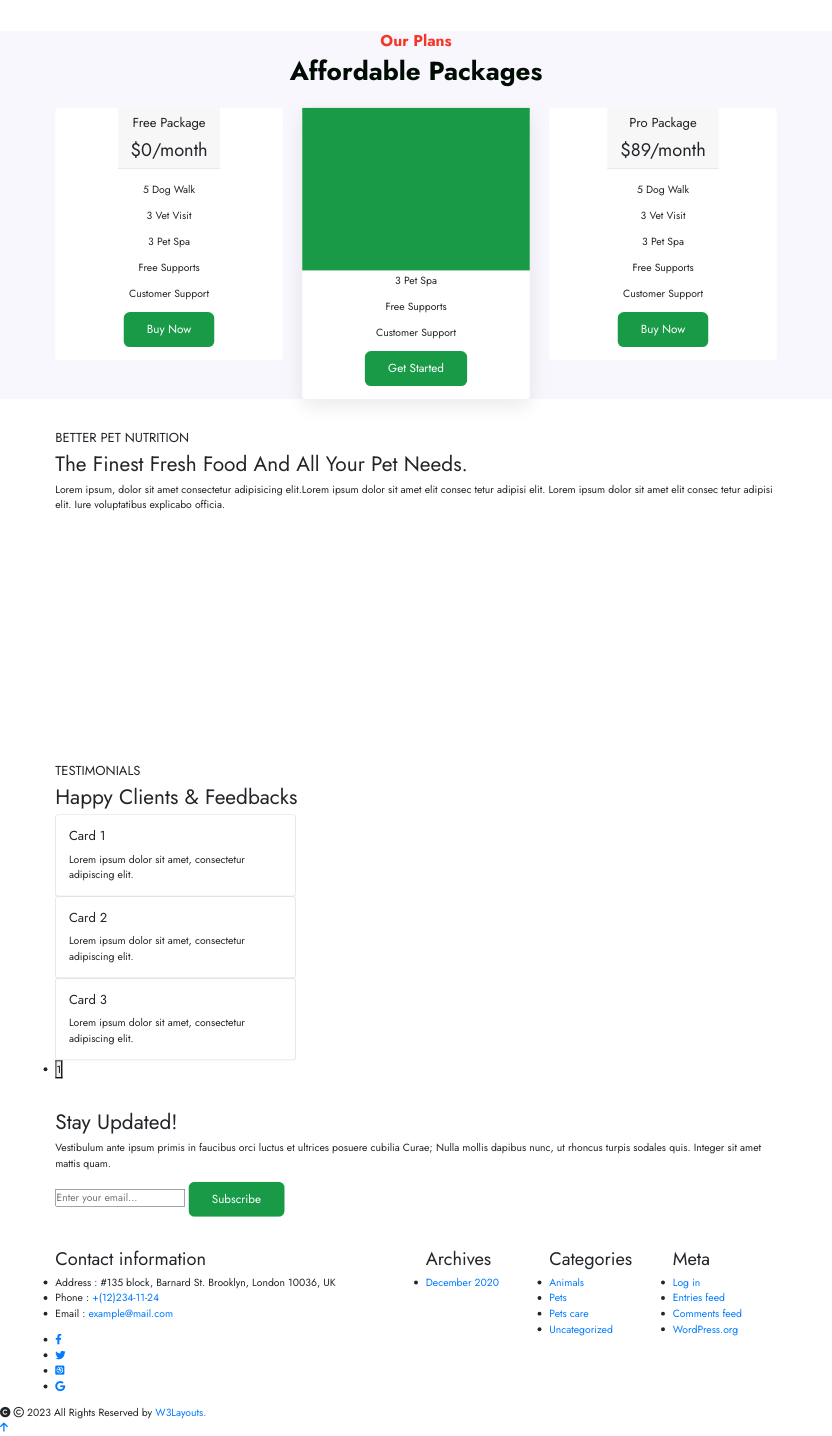
Repository: thanhfrankie/poochcare
Page: index.html
The author's editor kept a copy of each file at every save. The page is drawn from the files as they stood at one save, then again after a run of saves.
The browser window is 1280 px wide. The pictures show the whole page, at 65% of full size.
Pictures or frames that could not be fetched are drawn as grey boxes.

Above is the page before, as saved 2023-12-20 22:11:08.

After the next 5 saves:
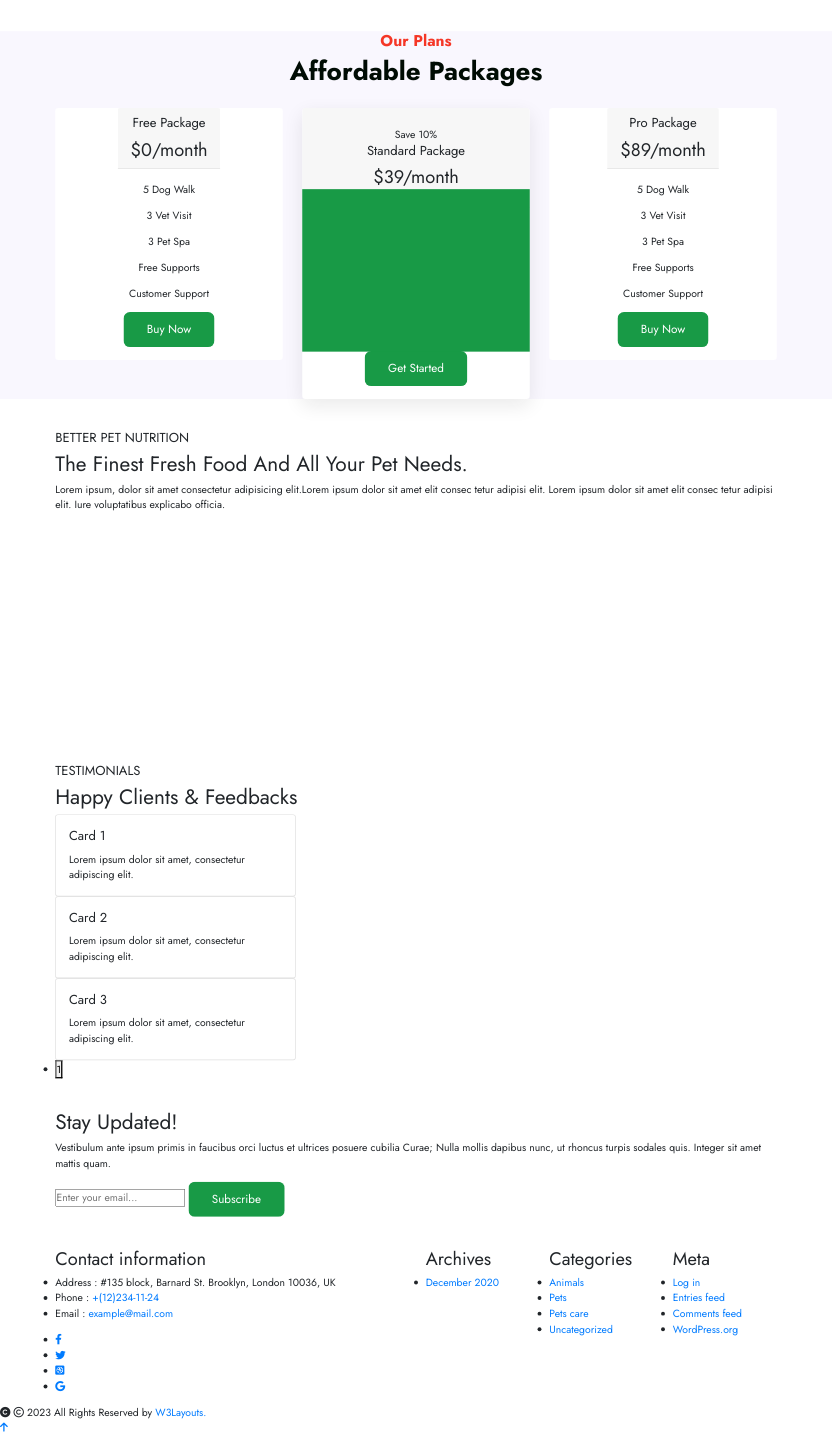
The 5 saves are shown as one change because they came seconds apart.
The last was saved 14 s later.
--- a/css/pricing.css
+++ b/css/pricing.css
@@ -55,6 +55,7 @@
     top: 0;
     left: 0;
     background-color: #189a46;
+    transform: translateY(50%);
 }
 .btn-buy,.btn {
     background-color: #189a46;
